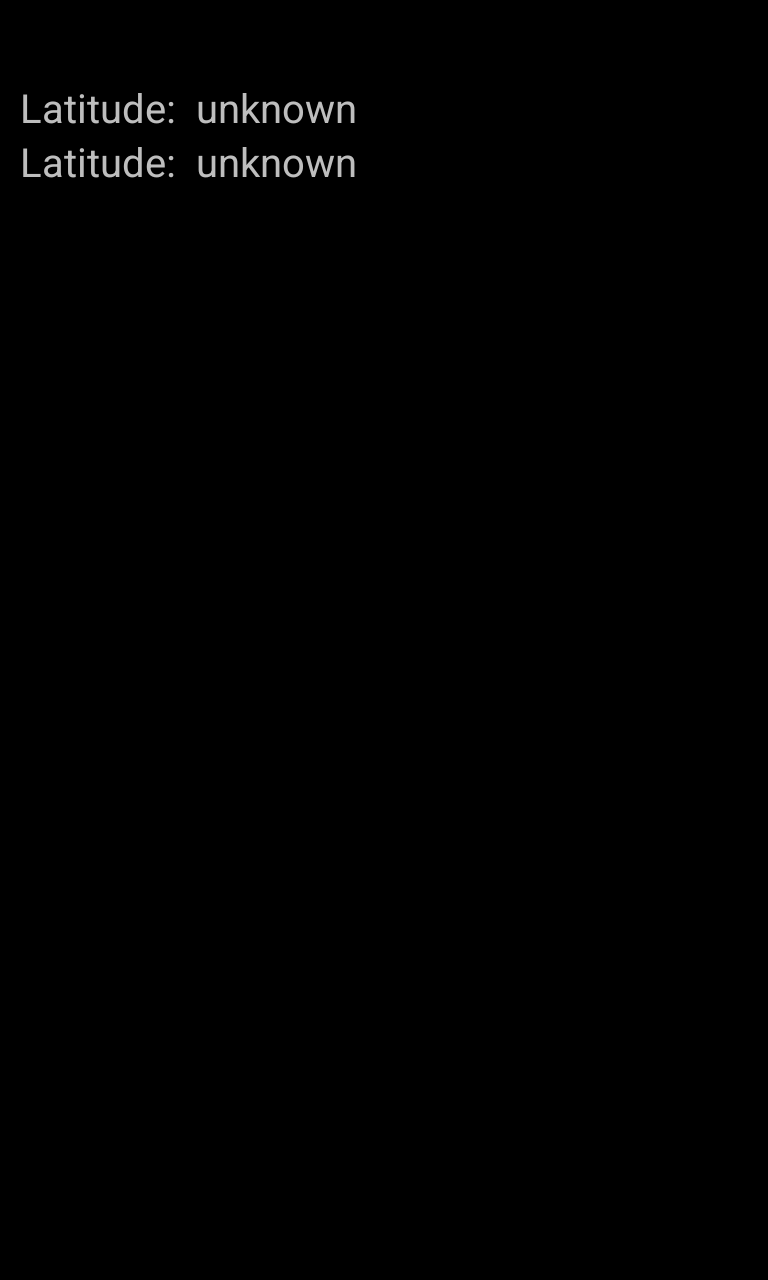
Repository: seshu6392/Map
Layout: locate/res/layout/main.xml
An editor plug-in stored every save of this project. The layout is shown before and after the next save, followed by the edit.
It is drawn on a 768 x 1280 px phone screen (xhdpi) without system bars, with theme android:Theme; the app's code is not run.

Above is the layout before, as saved 2012-05-13 17:57:54.

After the next save:
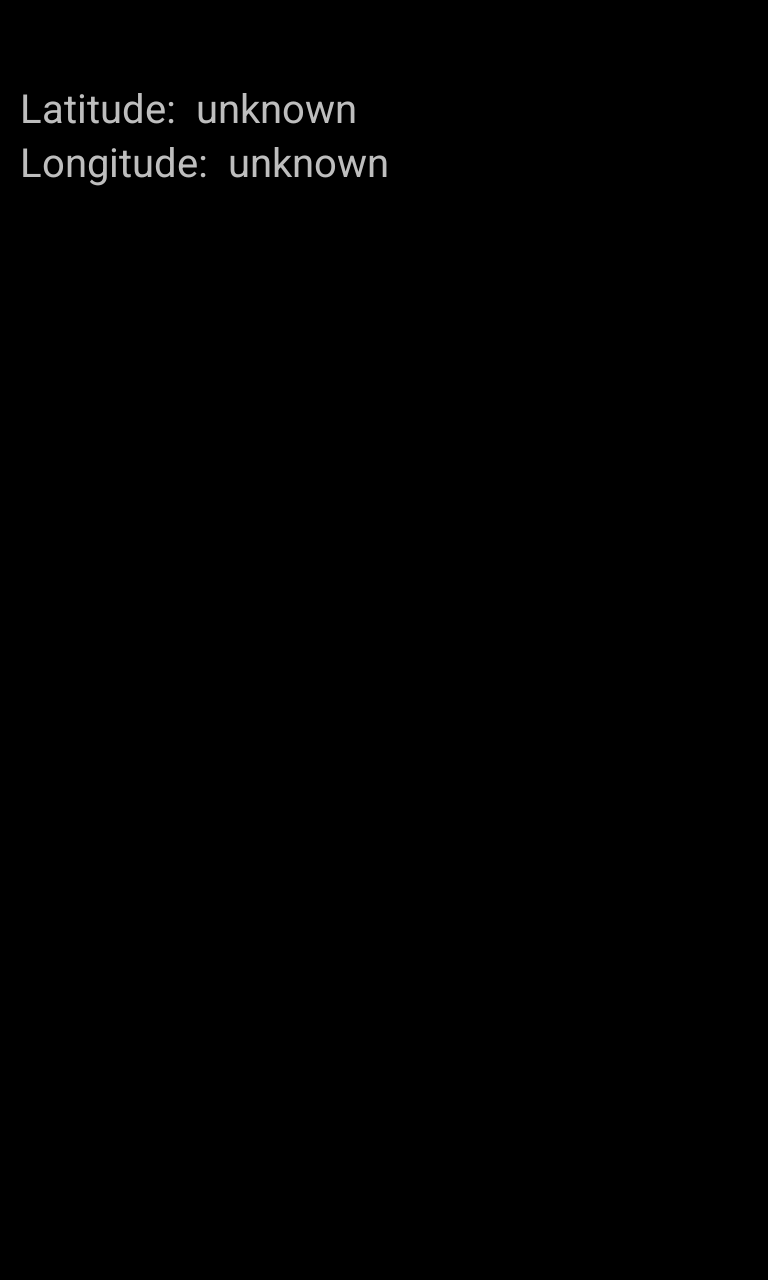
Saved 106 s later.
--- a/locate/res/layout/main.xml
+++ b/locate/res/layout/main.xml
@@ -40,7 +40,7 @@
 	    	android:layout_height="wrap_content"
 	        android:layout_marginLeft="10dip"
 			android:layout_marginRight="5dip"
-			android:text="Latitude: "
+			android:text="Longitude: "
 			android:textSize="20dip" >
 		</TextView>
 	    <TextView
